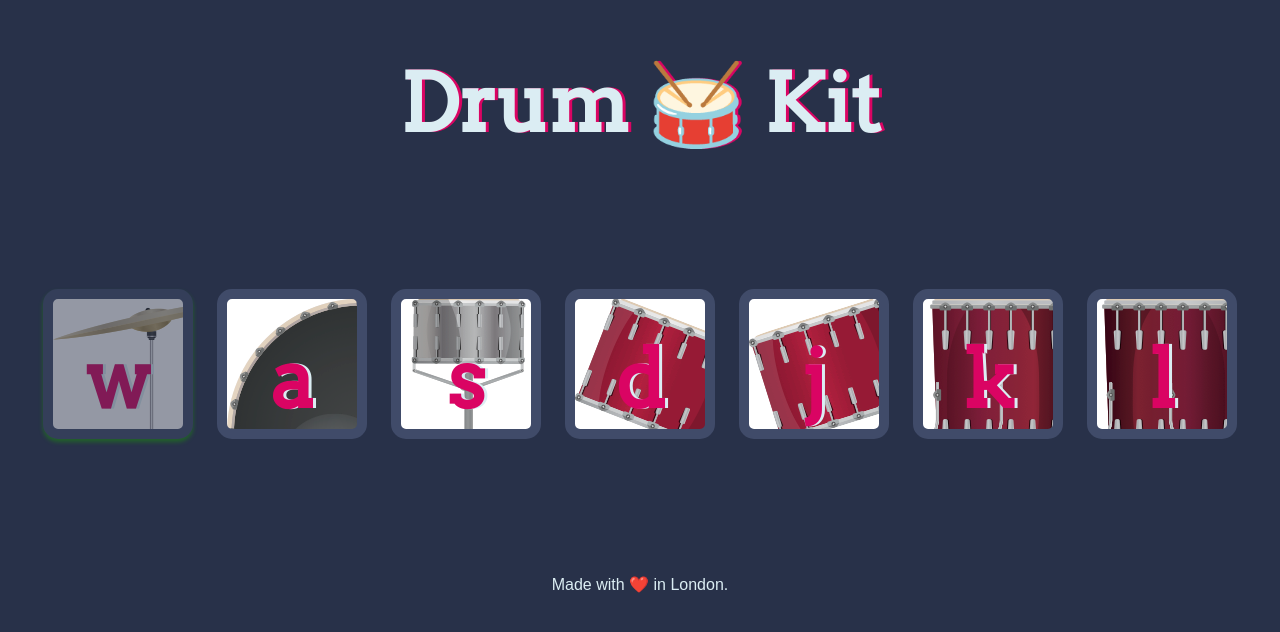
Repository: miaaow42/make-some-noise
Page: index.html
These files come from the project's save history. The page is drawn as it stood at one moment and after the next save; the edit follows.
The browser window is 1280 px wide. The pictures show the whole page.
After loading, the first visible `button.w` was clicked once.

Above is the page before, as saved 2022-06-23 22:13:52.
Console error: TypeError: Cannot read properties of null (reading 'classList')

After the next save:
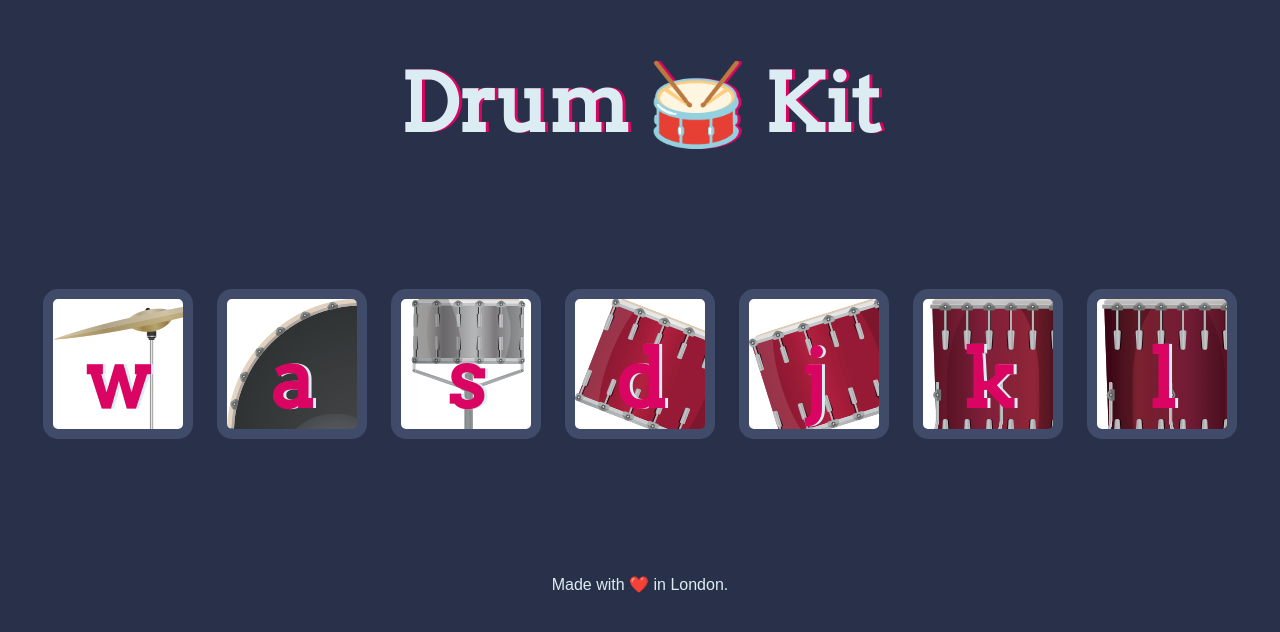
The error is gone.
Saved 2 min 30 s later.
--- a/index.js
+++ b/index.js
@@ -33,13 +33,9 @@ function checkPressed(e){
 function makeAnimation(currentKey){
   let activeButton = document.querySelector("."+currentKey);
   activeButton.classList.add("pressed");
+  activeButton.classList.remove("pressed",1000);
 }
 
-let myTimeout = setTimeout(makeAnimation, 1000);
-function buttonStop(){
-
-  clearTimeout(myTimeout);
-}
 
 function makeSound(key){
   switch (key) {
